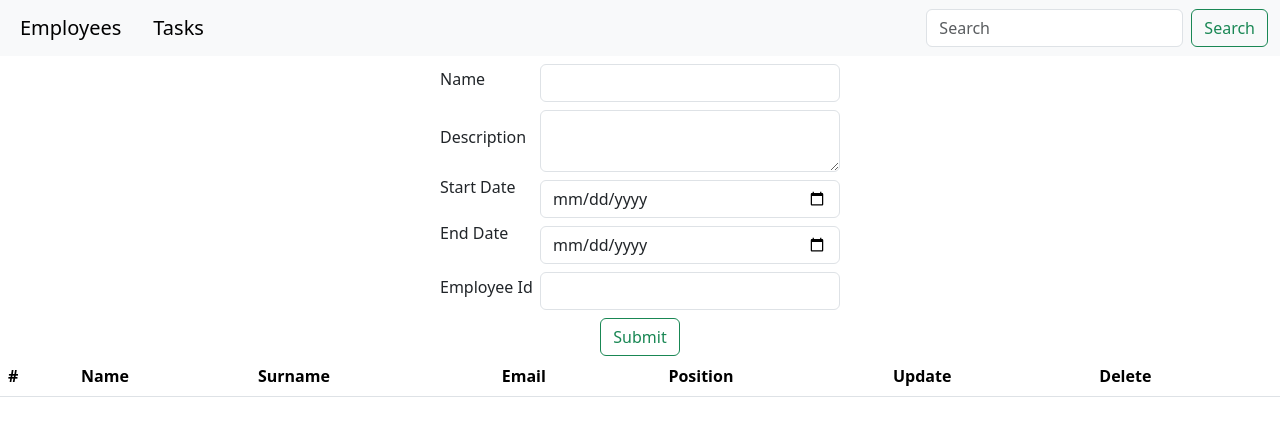
Repository: RaffiBarseghyan/employees
Page: /tasks
The author's editor kept a copy of each file at every save. The page is drawn from the files as they stood at one save, then again after the next save.
The browser window is 1280 px wide. The pictures show the whole page.
The page's requests for data from a server got no answer. The project was rebuilt for these pictures with package versions that can differ from the ones it lists, and the page was loaded fresh each time. Some packages were replaced by stand-ins written for this rebuild. No one was signed in, and anything a server would have sent is missing. Also part of the build but not shown: src/App.css, src/Pages/Employees/employees.module.scss, src/Pages/UpDel/upDel.module.scss, src/Pages/UpDel/delete.jsx, src/Pages/Employees/employees.jsx, src/Pages/UpDel/update.jsx.

Above is the page before, as saved 2023-06-15 21:54:25.

After the next save:
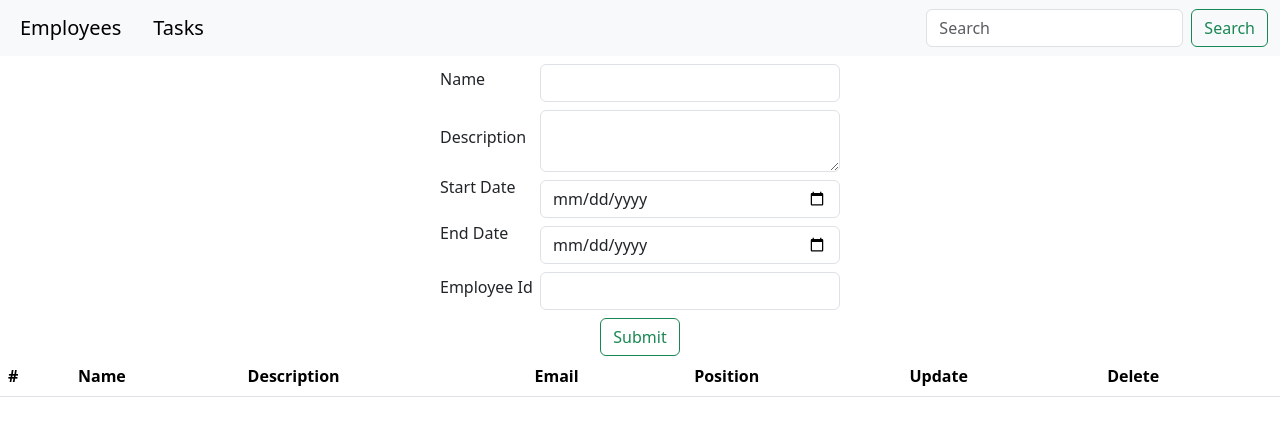
Saved 31 s later.
--- a/src/Pages/Tasks/tasks.jsx
+++ b/src/Pages/Tasks/tasks.jsx
@@ -96,7 +96,7 @@ function Tasks() {
           <tr>
             <th scope="col">#</th>
             <th scope="col">Name</th>
-            <th scope="col">Surname</th>
+            <th scope="col">Description</th>
             <th scope="col">Email</th>
             <th scope="col">Position</th>
             <th scope="col">Update</th>
